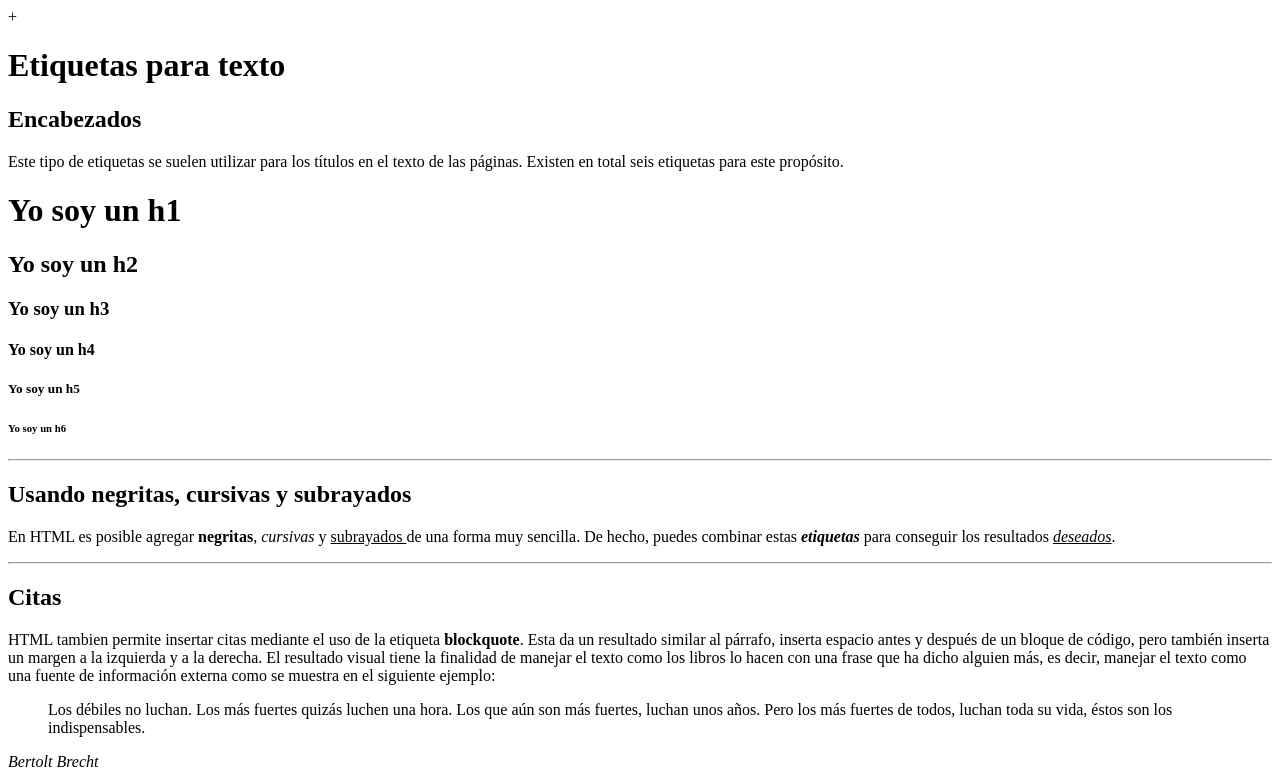
Repository: DiegoJacob0/LabosWeb
Page: 00043719_practica1_seccion1/etiquetas_texto.html
An editor plug-in stored every save of this project. The page is shown before and after the next save, followed by the edit.
The browser window is 1280 px wide. The pictures show the whole page.

Above is the page before, as saved 2025-08-25 15:08:31.

After the next save:
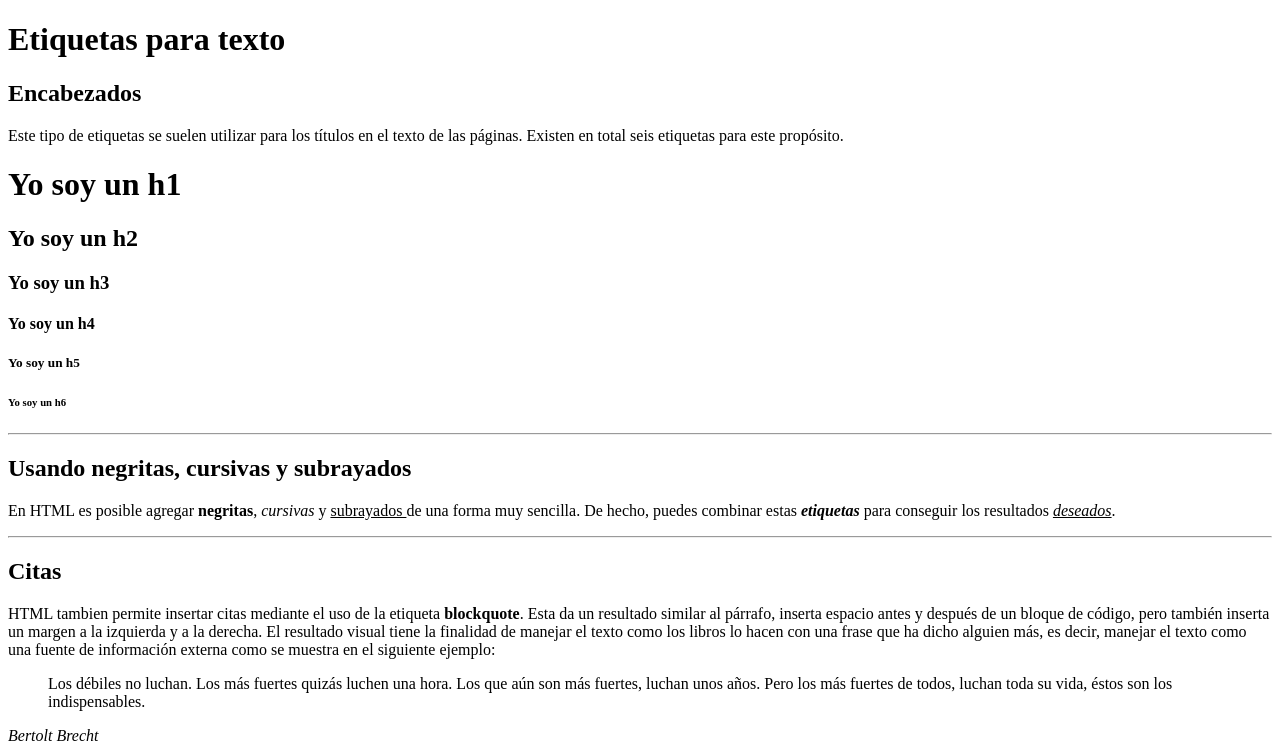
Saved 4 s later.
--- a/00043719_practica1_seccion1/etiquetas_texto.html
+++ b/00043719_practica1_seccion1/etiquetas_texto.html
@@ -1,7 +1,7 @@
 <!DOCTYPE html>
 <html lang="en">
 <head>
-    <meta charset="UTF-8">+
+    <meta charset="UTF-8">
     <title> Etiquetas para texto</title>
 </head>
 <body>
